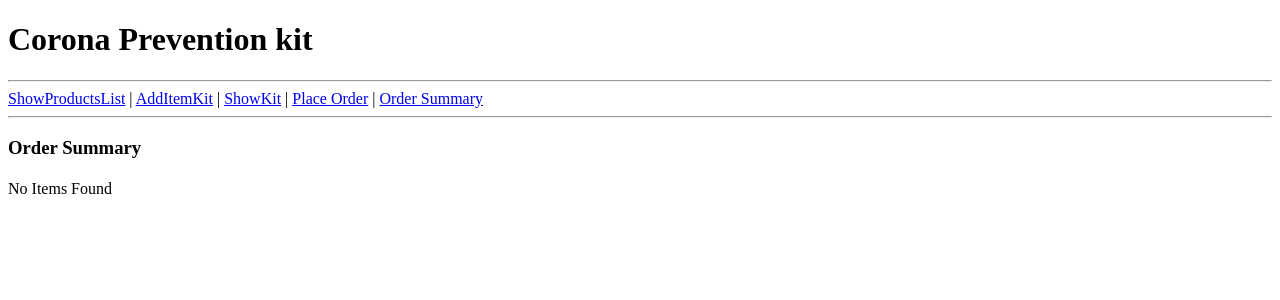
Repository: phanisree-chava/SBA-REPO
Page: http://localhost/CoronakitManagementPortal/ordersummary.jsp
An editor plug-in stored every save of this project. The page is shown before and after the next save, followed by the edit.
The browser window is 1280 px wide. The pictures show the whole page.
The page is served by Tomcat 9. The template is opened directly, without the code that normally fills it, so the values that code supplies are empty.

Above is the page before, as saved 2020-08-23 18:22:40.

After the next save:
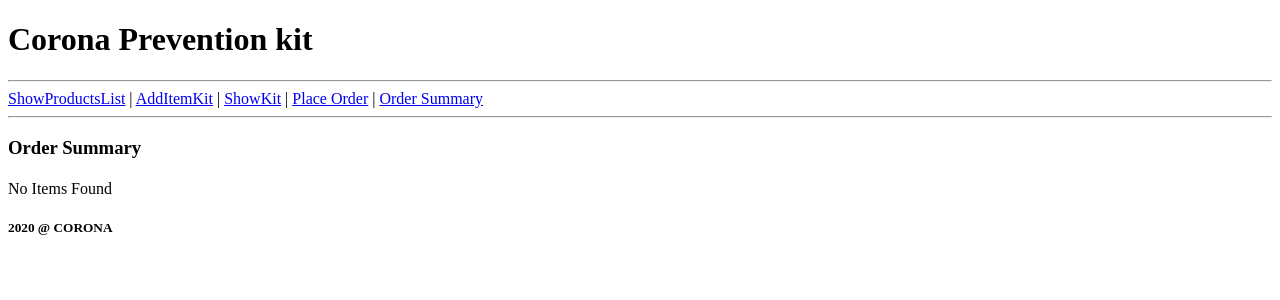
Saved 15 s later.
--- a/CoronakitManagementPortal/WebContent/ordersummary.jsp
+++ b/CoronakitManagementPortal/WebContent/ordersummary.jsp
@@ -51,3 +51,7 @@
 	</form>
 </body>
 </html>
+
+<jsp:include page="footer.jsp"/>
+</body>
+</html>
